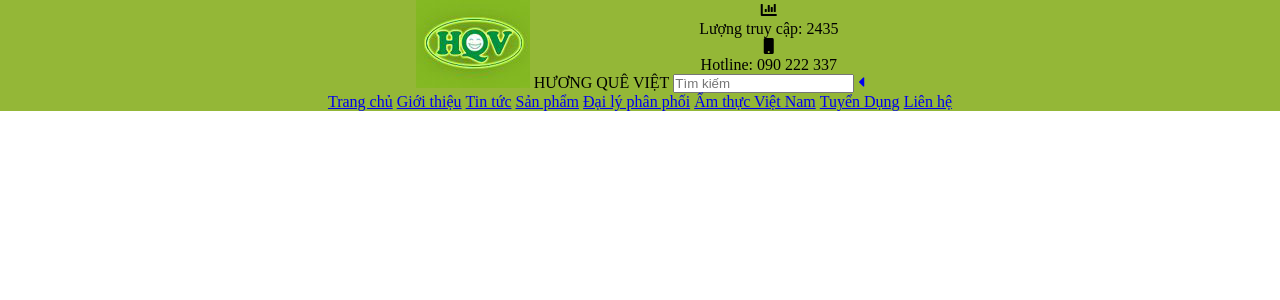
Repository: NgocTruong0701/Self_Learning
Page: html/practice/Baitapweb/index.html
These files come from the project's save history. The page is drawn as it stood at one moment and after the next save; the edit follows.
The browser window is 1280 px wide. The pictures show the whole page.

Above is the page before, as saved 2021-10-06 16:40:35.

### html/practice/Baitapweb/index.html
<!DOCTYPE html>
<html>
    <head>
        <title>Web Bài 4</title>
        <meta charset="UTF-8">
        <meta name="author" content="Lê Ngọc Trường">
        <link rel="stylesheet" type="text/css" href="./assets/css/styles.css">
        <link rel="stylesheet" href="./assets/font/fontawesome-free-5.15.4-web/css/all.css">
    </head>

    <body>
        <!-- Begin Header -->
        <header>
            <!-- logo -->
            <div class="logo">
                <img src="./assets/pictures/logo/logo.jpg" alt="logo">
            </div>

            <!-- tiêu đề -->
            <div class="header-heading">
                hương quê việt
            </div>

            <!-- khối bên phải -->
            <div class="box-right">
                <div class="thongtin">
                    <div class="ltruycap">
                        <i class="fas fa-chart-bar"></i>
                        <p>Lượng truy cập: 2435</p>
                    </div>

                    <div class="hotline">
                        <i class="fas fa-mobile"></i>
                        <p>Hotline: 090 222 337</p>
                    </div>
                </div>

                <div class="search">
                    <form action="url" method="GET">
                        <input type="text" placeholder="Tìm kiếm">
                        <a href="#">
                            <i class="fas fa-caret-left"></i>
                        </a>
                    </form>
                </div>
            </div>

            <!-- menu header -->
            <div class="menu-header">
                <ul class="menu-tren">
                    <li><a href="#">Trang chủ</a></li>
                    <li><a href="#">Giới thiệu</a></li>
                    <li><a href="#">Tin tức</a></li>
                    <li><a href="#">Sản phẩm</a></li>
                    <li><a href="#">Đại lý phân phối</a></li>
                    <li><a href="#">Ẩm thực Việt Nam</a></li>
                    <li><a href="#">Tuyển Dụng</a></li>
                    <li><a href="#">Liên hệ</a></li>
                </ul>
            </div>

        </header>
        <!-- End Header -->

        <!-- Begin Body -->
        <div id="container">

        </div>
        <!-- End Body -->

        <!-- Begin Footer -->
        <footer>

        </footer>
        <!-- End Footer -->
    </body>
</html>

### html/practice/Baitapweb/assets/css/styles.css
/* RESET CSS */
*{
    padding:0;
    margin: 0;
    box-sizing:border-box;
}

/* Begin Header */
header{
    background-color: #94b737;
    text-align: center;
}

.logo{
    display: inline-block;
}

.header-heading{
    text-transform: uppercase;
    display: inline-block;
    padding-right:
}

header .box-right{
    display: inline-block;
}

.menu-tren li{
    display: inline-block;
}


/* End Header */

/* Begin Container */




/* End Container */

/* Begin Footer */





/* End Footer */

Loaded but not shown: html/practice/Baitapweb/Web4-Webside-LeNgocTruong-2020601391/assets/font/fontawesome-free-5.15.4-web/css/all.css (library)

After the next save:
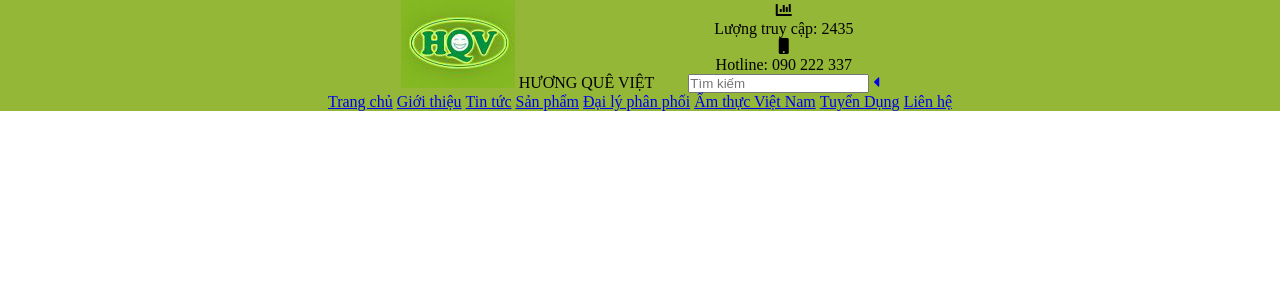
Saved 4 s later.
--- a/html/practice/Baitapweb/assets/css/styles.css
+++ b/html/practice/Baitapweb/assets/css/styles.css
@@ -18,7 +18,7 @@ header{
 .header-heading{
     text-transform: uppercase;
     display: inline-block;
-    padding-right:
+    padding-right:30px;
 }
 
 header .box-right{
